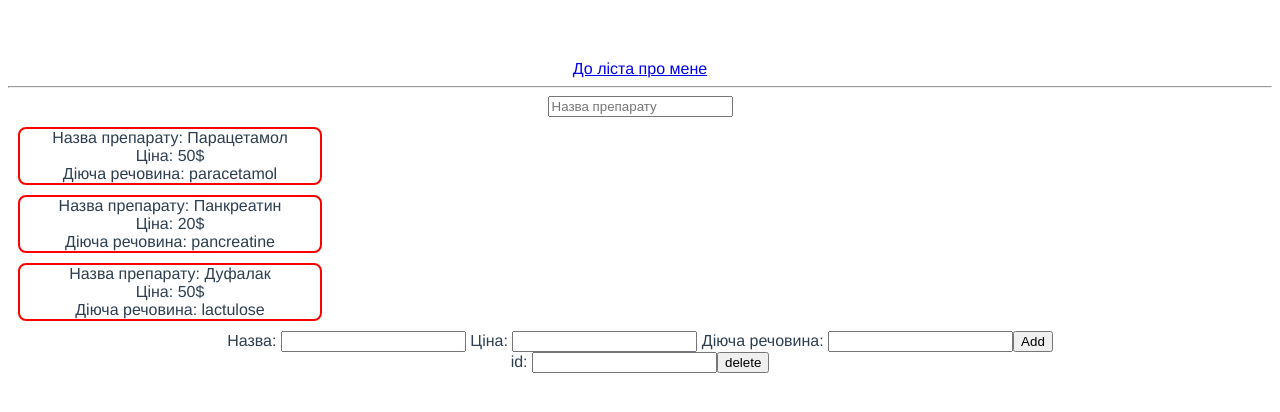
Repository: KYUUBI-K/Labs-from-2-course-
Page: /#/list (app in lab2(pharmacy)/)
These files come from the project's save history. The page is drawn as it stood at one moment and after the next save; the edit follows.
The browser window is 1280 px wide. The pictures show the whole page.
The project was rebuilt for these pictures with package versions that can differ from the ones it lists, and the page was loaded fresh each time.

Above is the page before, as saved 2021-12-21 14:40:50.

After the next save:
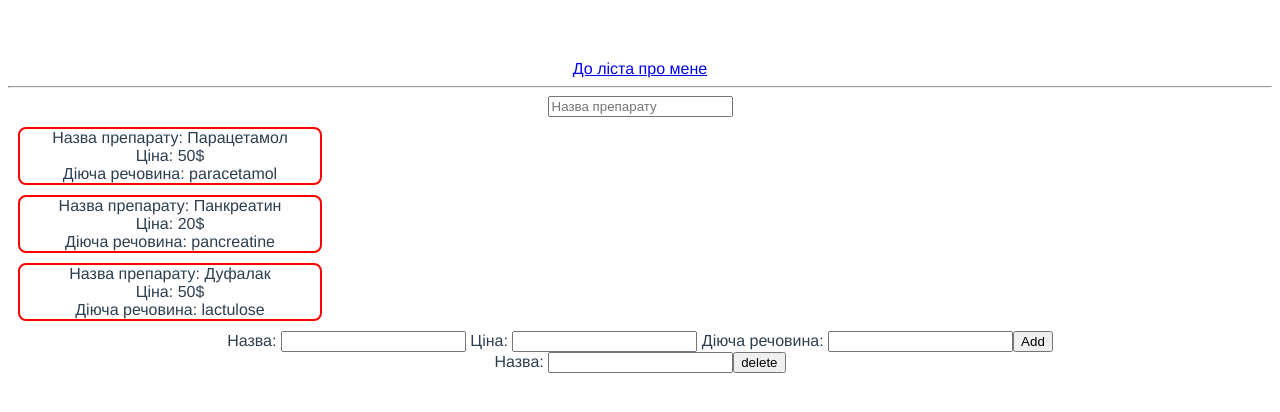
Saved 93 s later.
--- a/lab2(pharmacy)/src/components/AddNewTask/index.vue
+++ b/lab2(pharmacy)/src/components/AddNewTask/index.vue
@@ -17,8 +17,8 @@
     </div>
     <div>
       <label>
-        id:
-        <input type="number" v-model.number="id" />
+        Назва:
+        <input type="text" v-model="title" />
       </label>
       <button @click="deletetask">delete</button>
     </div>
@@ -33,7 +33,6 @@ export default {
 
   data() {
     return {
-      id: null,
       title: null,
       price: null,
       active_substance: null,
@@ -51,7 +50,7 @@ export default {
     },
     deletetask() {
       this.delete({
-        id: this.id,
+        title: this.title,
       });
     },
   },
